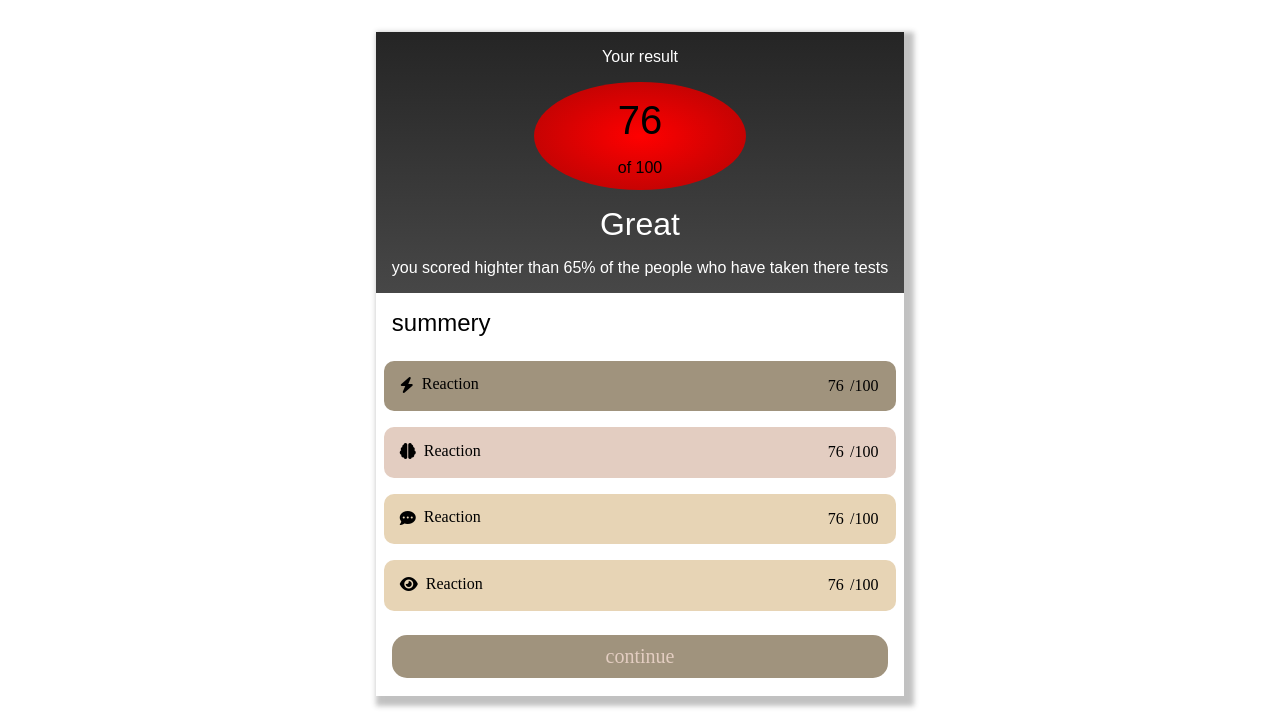
Repository: rahanwz/Card2-raha
Page: card2.html
The author's editor kept a copy of each file at every save. The page is drawn from the files as they stood at one save, then again after the next save.
The browser window is 1280 px wide. The pictures show the whole page.
Some web fonts or font styles are not loaded; a fallback is used. Some web libraries are served in a nearby version.

Above is the page before, as saved 2024-02-21 17:07:28.

### card2.html
<!DOCTYPE html>
<html lang="en">
  <head>
    <meta charset="UTF-8" />
    <meta name="viewport" content="width=device-width, initial-scale=1.0" />
    <title>Document</title>
    <link rel="stylesheet" href="card2.css" />
    <script src="https://kit.fontawesome.com/7f69033cb8.js" crossorigin="anonymous"></script>

   <link rel="preconnect" href="https://fonts.googleapis.com">
<link rel="preconnect" href="https://fonts.gstatic.com" crossorigin>
<link href="https://fonts.googleapis.com/css2?family=Josefin+Sans:ital,wght@0,100..700;1,100..700&family=Protest+Riot&display=swap" rel="stylesheet">

</head>
  <body>
    <div class="container">
      <div class="card_container">
        <div class="top_card">
          <p style="color: #fff; font-family:Protest Riot, sans-serif;
  font-weight: 400;
  font-style: normal;">Your result</p>
          <div class="present">
            <p>76</p>
            <p>of 100</p>
          </div>
          <p style="padding-top: 1rem; color: #fff; font-family:Protest Riot, sans-serif;
  font-weight:300;
  font-style: normal;font-size: 2rem;">Great</p>
          <p class="describ" style="color: #fff">
            you scored highter than 65% of the people who have taken there tests
          </p>
        </div>
        <div class="bottom_card">
          <p style="padding:1rem; font-family:Protest Riot, sans-serif;
  font-weight: 400;
  font-style: normal;
  font-size:1.5rem;">summery</p>
          <div class="box box1">
            <p
              style="
                border-top-left-radius: 10px;
                border-bottom-left-radius: 10px;
              "
            >
             <i class="fa-solid fa-bolt"></i> <span style="padding-top: .4rem;">Reaction</span>
            </p>
            <div class="number">
              <p
                style="
                  border-top-right-radius: 10px;
                  border-bottom-right-radius: 10px;
                  padding-top: 1rem;
                "
              >
                <span style="width: 50%; padding: 1rem; margin-top: -1rem"
                  >76</span
                ><span>/</span>100
              </p>
            </div>
          </div>
          <div class="box box2">
            <p
              style="
                border-top-left-radius: 10px;
                border-bottom-left-radius: 10px;

              "
            >
              <i class="fa-solid fa-brain icon"></i><span style="padding-top: .4rem;">Reaction</span>
            </p>
            <div class="number">
              <p
                style="
                  border-top-right-radius: 10px;
                  border-bottom-right-radius: 10px;
                   padding-top: 1rem;
                "
              >
                <span style="width: 50%; padding: 1rem; margin-top: -1rem"
                  >76</span
                ><span>/</span>100
              </p>
            </div>
          </div>

          <div class="box box3">
            <p
              style="
                border-top-left-radius: 10px;
                border-bottom-left-radius: 10px;

              "
            >
              <i class="fa-solid fa-comment-dots"></i> <span style="padding-top: .4rem;">Reaction</span>
            </p>
            <div class="number">
              <p
                style="
                  border-top-right-radius: 10px;
                  border-bottom-right-radius: 10px;
                   padding-top: 1rem;
                "
              >
                <span style="width: 50%; padding: 1rem; margin-top: -1rem"
                  >76</span
                ><span>/</span>100
              </p>
            </div>
          </div>
          <div class="box box3">
            <p
              style="
                border-top-left-radius: 10px;
                border-bottom-left-radius: 10px;

              "
            >
              <i class="fa-solid fa-eye"></i> <span style="padding-top: .4rem;">Reaction</span>
            </p>
            <div class="number">
              <p
                style="
                  border-top-right-radius: 10px;
                  border-bottom-right-radius: 10px;
                   padding-top: 1rem;
                "
              >
                <span style="width: 50%; padding: 1rem; margin-top: -1rem"
                  >76</span
                ><span>/</span>100
              </p>
            </div>
          </div>
        </div>
        <div class="box5">
          <a href="#">continue</a>
        </div>
      </div>
    </div>
  </body>
</html>

### card2.css
* {
  padding: 0;
  margin: 0;
  box-sizing: border-box;
}
body {
  display: flex;
  justify-content: center;
}
.container {
  padding: 2rem;
}
.card_container {
  box-shadow: 5px 5px 5px 5px #3e3e3e51;
}

.card_container {
  text-align: center;
  width: 100%;
}

.top_card :first-child {
  padding: 1rem;
}
.present :first-child {
  font-size: 2.5rem;

}

.present {
  height:15vh;
  width: 40%;
  border-radius: 100%;
  background: radial-gradient(#FF0000, #AF0404);
  margin: auto;
  font-family: "Protest Riot", sans-serif;
  font-weight: 400;
  font-style: normal;
}
.describ {
  padding: 1rem;
  font-family: "Protest Riot", sans-serif;
  font-weight: 400;
  font-style: normal;

}

.top_card {
  background:-webkit-repeating-linear-gradient(#252525,#474747);
}

.bottom_card :first-child {
  padding:.5rem;
  display: flex;

}

.bottom_card .box {
  display: flex;
  padding: 0.5rem;
}

.box1 p {
  background-color: #a0937d;
  width: 100%;
  height:7vh;
  padding-right: 1rem;
}

.box2 p {
  background: #e3cdc1;
  width: 100%;
  height:7vh;
  padding-right: 1rem;
}
.box3 p {
  background: #e7d4b5;
  padding-right: 1rem;
  width: 100%;
  height:7vh;
}
.box4 p {
  background: #f6e6cb;
  width: 100%;
  height:7vh;
  padding-right: 1rem;
}

.number {
  display: flex;
}

a {
  align-items: center;
  height: 6vh;
  display: flex;
  margin: 1rem;
  justify-content: center;
  background-color: #a0937d;
  text-decoration: none;
  border-radius: 15px;
  font-size: 20px;
  color: #e3cdc1;
}

.box5 {
  height: 8.6vh;
  padding: auto;
}

After the next save:
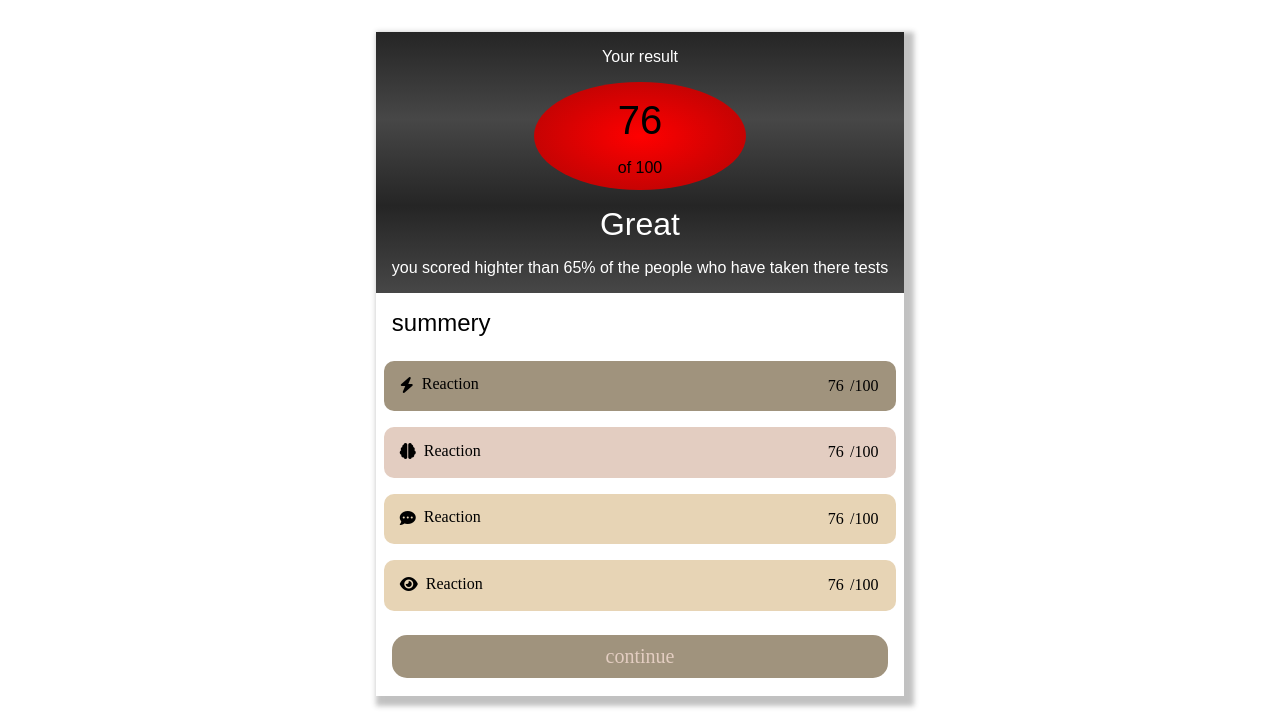
Saved 13 s later.
--- a/card2.css
+++ b/card2.css
@@ -46,7 +46,7 @@ body {
 }
 
 .top_card {
-  background:-webkit-repeating-linear-gradient(#252525,#474747);
+  background:-webkit-repeating-linear-gradient(#252525,#474747,#252525,#474747);
 }
 
 .bottom_card :first-child {
